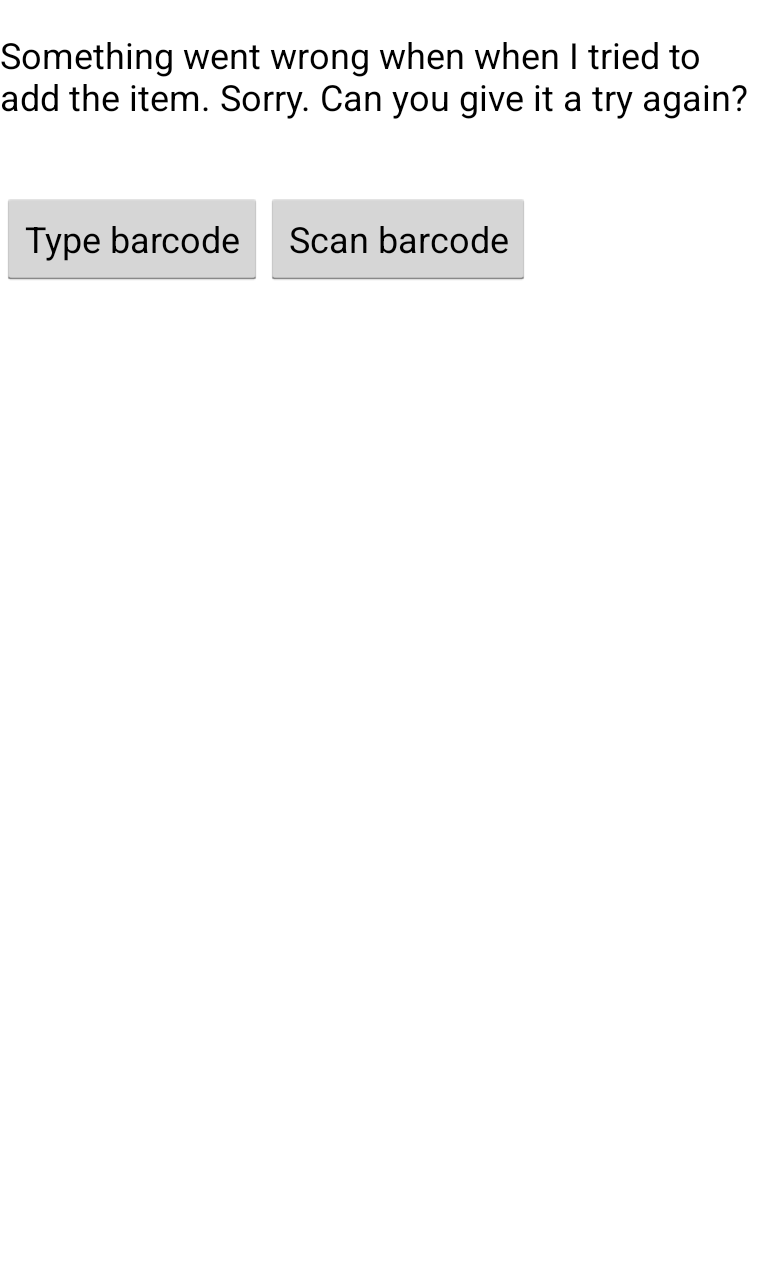
Repository: harvard-lil/wtwba-android-app
Layout: wtwba/res/layout/activity_scan_error.xml
An editor plug-in stored every save of this project. The layout is shown before and after a run of saves, followed by the edit.
It is drawn on a 768 x 1280 px phone screen (xhdpi) without system bars, with theme AppTheme; the app's code is not run.

Above is the layout before, as saved 2013-03-18 16:58:26.

### wtwba/res/layout/activity_scan_error.xml
<?xml version="1.0" encoding="utf-8"?>
<LinearLayout xmlns:android="http://schemas.android.com/apk/res/android"
    android:layout_width="fill_parent"
    android:layout_height="fill_parent"
    android:layout_margin="15dip"
    android:orientation="vertical" >

    <TextView
        android:layout_width="fill_parent"
        android:layout_height="wrap_content"
        android:layout_marginTop="15dip"
        android:layout_marginBottom="35dip"
        android:text="@string/scan_error"
        android:textAppearance="?android:attr/textAppearanceMedium"
         />

	<LinearLayout
	    android:layout_width="fill_parent"
	    android:layout_height="wrap_content"
	    android:orientation="horizontal"
	    android:layout_gravity="right">

	    <Button
	        android:layout_width="wrap_content"
	        android:layout_height="wrap_content"
	        android:layout_gravity="right"
	        android:text="@string/button_key_item"
	        android:onClick="keyItem"/>
	    <Button
	        android:layout_width="wrap_content"
	        android:layout_height="wrap_content"
	        android:layout_gravity="right"
	        android:text="@string/button_scan_item"
	        android:onClick="scanItem"/>
    </LinearLayout>
</LinearLayout>

### wtwba/res/values/strings.xml
<?xml version="1.0" encoding="utf-8"?>
<resources>

    <string name="app_name">wtwba</string>
    <string name="main_activity_title">Where the Wild Books Are</string>
    <string name="activity_item_details_title">Wild Books</string>
    <string name="activity_scan_title">Wild Books</string>
    <string name="activity_manage_user_title">Manage user key</string>
    <string name="activity_location_title">Select your current location</string>
    <string name="scan_error_title">Something went wrong</string>
    <string name="user_name_box_label">Enter your assigned user key</string>
    <string name="edit_message">Enter a message</string>
    <string name="loading_message">Loading</string>


    <string name="button_confirm_delete">Delete from list</string>
    <string name="button_scan_item">Scan barcode</string>
    <string name="button_key_item">Type barcode</string>
    <string name="activity_delete_title">Delete from list</string>

    <string name="button_scan">Scan</string>
    <string name="button_item_confrim">Return home</string>
    <string name="button_add">Add to list</string>
    <string name="button_save_user_name">Save user key</string>
    <string name="menu_settings">Settings</string>
    <string name="scan_error">Something went wrong when when I tried to add the item. Sorry. Can you give it a try again?</string>
    <string name="title_activity_main">MainActivity</string>
    <string name="hello_world">Hello world!</string>
    <string name="title_holder">Sample Title Here</string>
    <string name="connection_error">Unable to connect to network</string>
    <string name="title_activity_display_message">DisplayMessageActivity</string>
    <string name="empty_list">You haven\'t added any items.</string>

</resources>

Loaded but not shown: wtwba/res/values-v11/styles.xml (common file); wtwba/res/values-v14/styles.xml (common file); wtwba/res/values/styles.xml (common file)

After the next 2 saves:
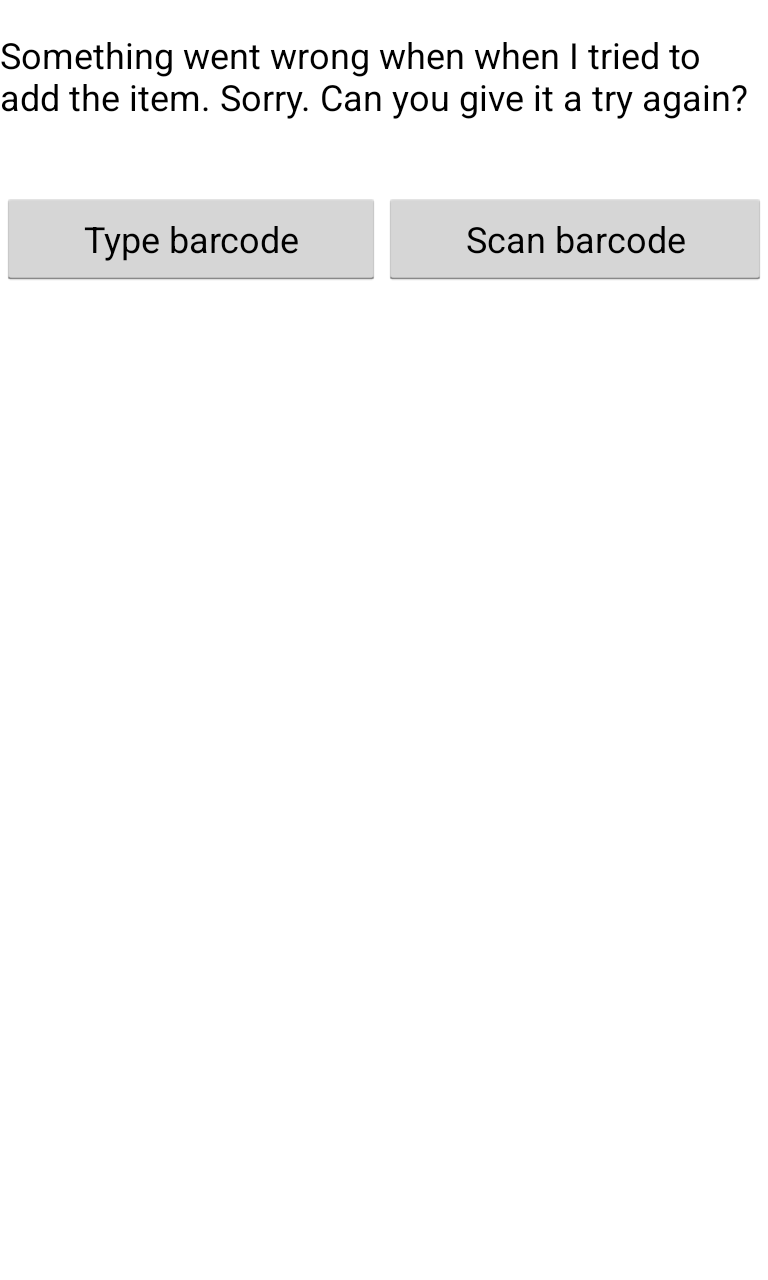
The 2 saves are shown as one change because they came seconds apart.
The last was saved 26 s later.
--- a/wtwba/res/layout/activity_scan_error.xml
+++ b/wtwba/res/layout/activity_scan_error.xml
@@ -23,12 +23,14 @@
 	    <Button
 	        android:layout_width="wrap_content"
 	        android:layout_height="wrap_content"
+	        android:layout_weight="1.0"
 	        android:layout_gravity="right"
 	        android:text="@string/button_key_item"
 	        android:onClick="keyItem"/>
 	    <Button
 	        android:layout_width="wrap_content"
 	        android:layout_height="wrap_content"
+	        android:layout_weight="1.0"
 	        android:layout_gravity="right"
 	        android:text="@string/button_scan_item"
 	        android:onClick="scanItem"/>
